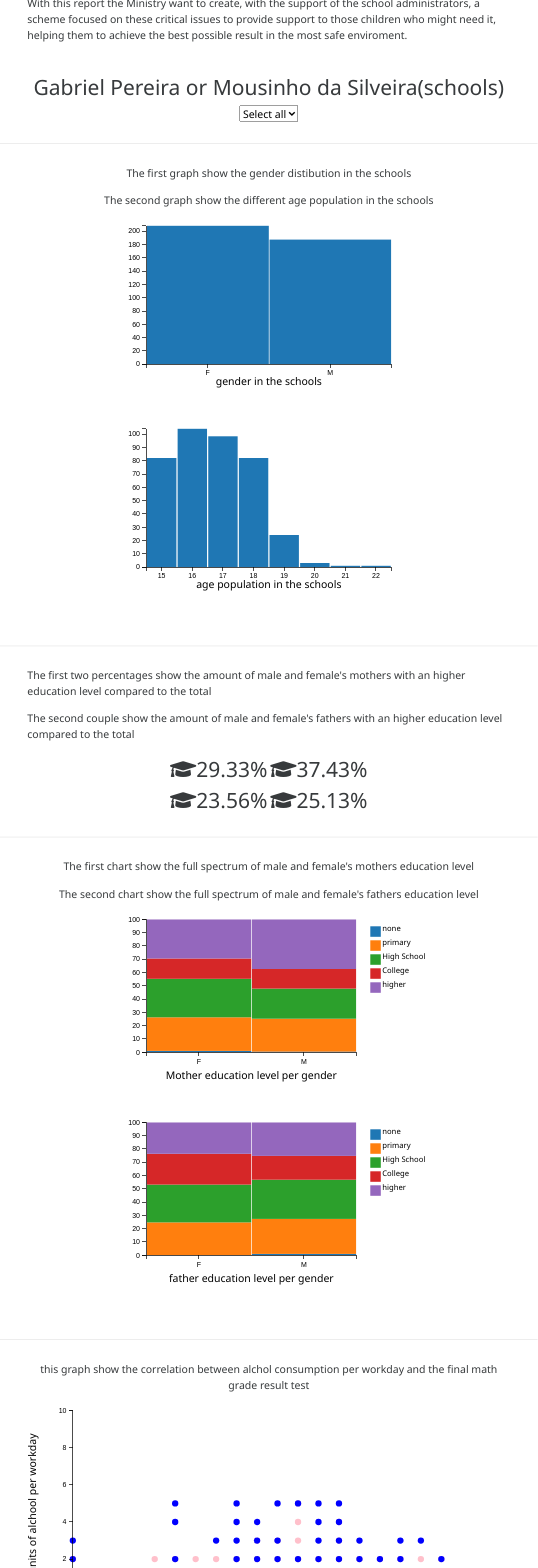
Repository: Baal89/second-milestone-project
Page: index.html
The author's editor kept a record of every edit. The page is drawn from the files as they stood at one moment, then again after the next edit.
The browser window is 768 px wide. The pictures show the part of the page from y = 356 to 2596 px (the page is 3192 px tall), at 70% of full size.
Some web libraries are served in a nearby version.

Above is the page before.

After the next edit:
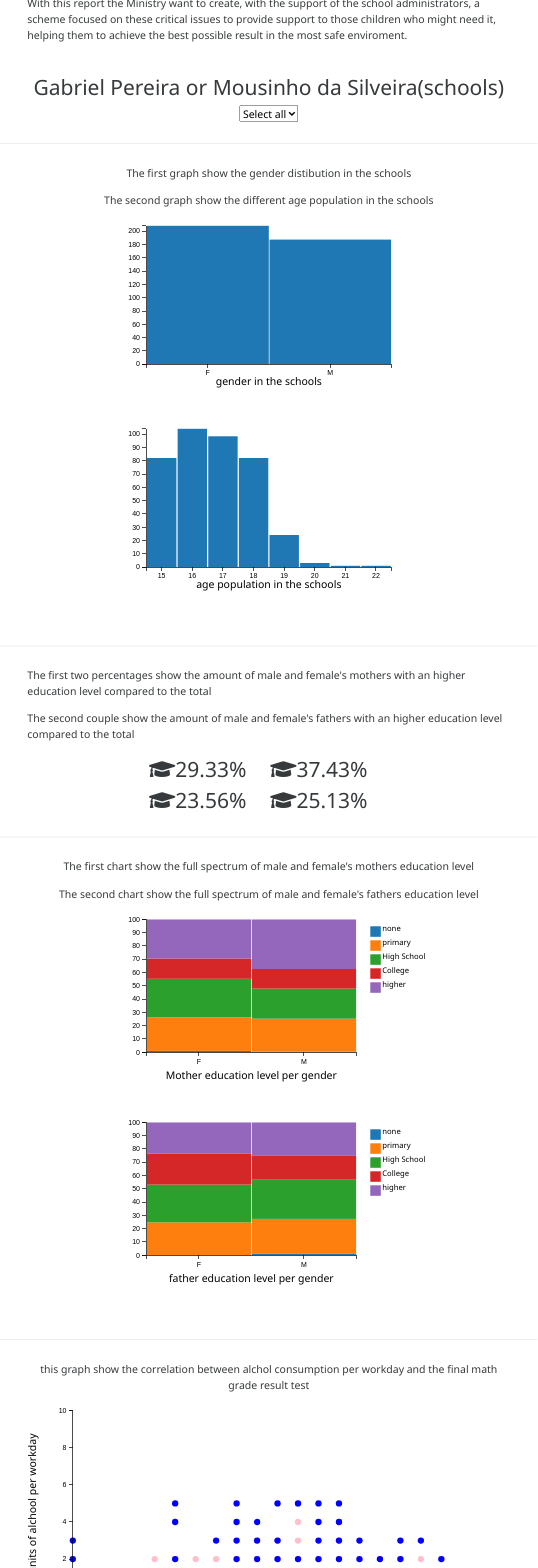
The edit:
--- a/static/css/style.css
+++ b/static/css/style.css
@@ -17,13 +17,6 @@
 }
 
 @media only screen and (max-width: 768px) {
-    .number-box{
-        margin-right: 0px;
-        padding: 30px 0;
-    }
-}
-
-@media only screen and (max-width: 768px) {
     .custom-chart {
         margin-bottom: 40px;
     }
